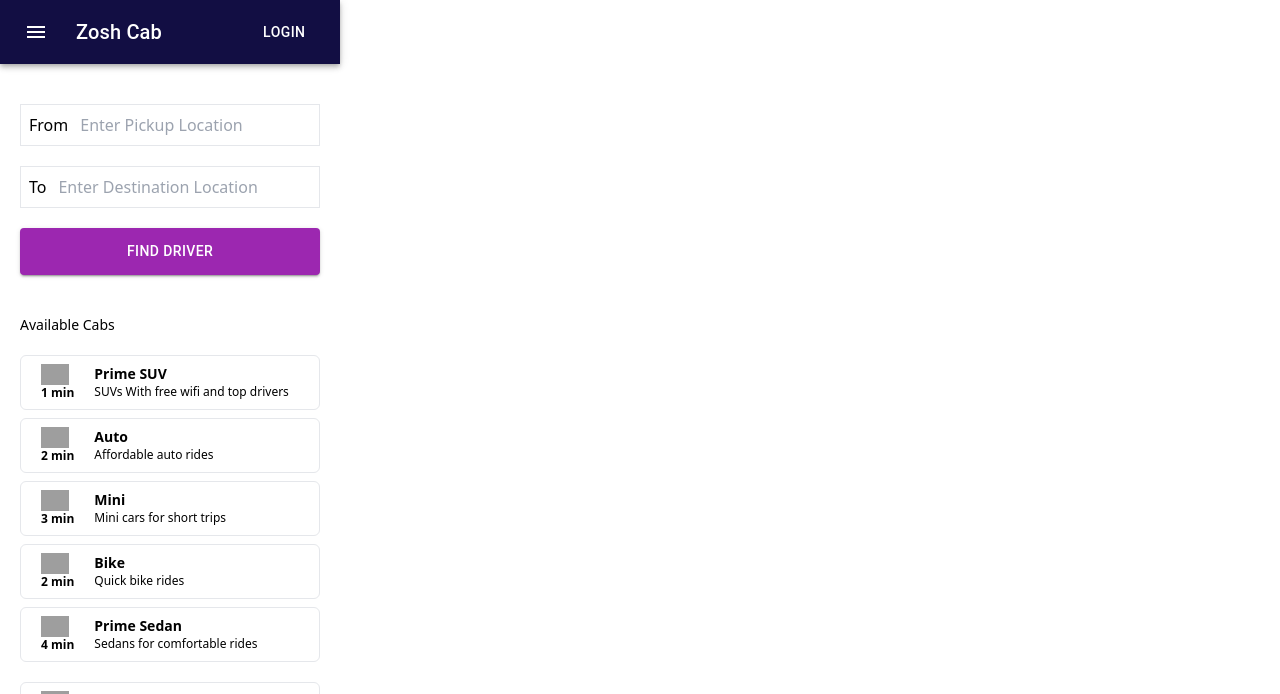
Repository: varijaalur155/cabbookingfrontend
Page: /
These files come from the project's save history. The page is drawn as it stood at one moment and after the next save; the edit follows.
The browser window is 1280 px wide. The pictures show the part of the page from y = 0 to 694 px (the page is 2395 px tall before and 1414 px after).
Pictures or frames that could not be fetched are drawn as grey boxes. The project was rebuilt for these pictures with package versions that can differ from the ones it lists, and the page was loaded fresh each time. The framework's server and built-in components were replaced by stand-ins that run in the browser. Also part of the build but not shown: next.config.js, src/Redux/EmptyAction.jsx, src/components/User/HomeComponents/SearchResultCard.jsx, src/components/User/HomeComponents/SearchResult.jsx.

Above is the page before, as saved 2025-05-27 16:05:25.

After the next save:
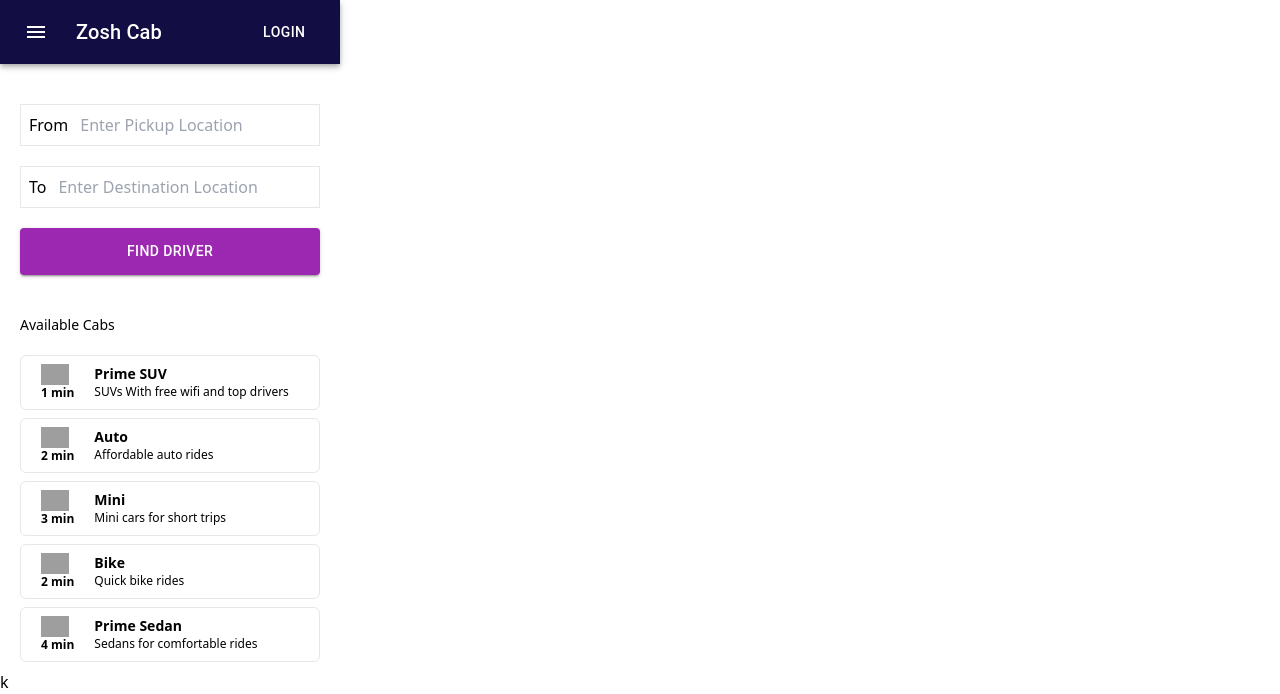
Saved 12 min 58 s later.
--- a/src/components/User/HomeComponents/HomeComponets.jsx
+++ b/src/components/User/HomeComponents/HomeComponets.jsx
@@ -202,10 +202,7 @@
       <div className="-z-10 px-2 lg:px-5 mt-5">
         <p className="py-5 text-sm ">Available Cabs</p>
         <div className="space-y-5">
-          <AvialableCab />
-          <AvialableCab />
-          <AvialableCab />
-          <AvialableCab />
+      <AvialableCab />
         </div>
       </div>
 
